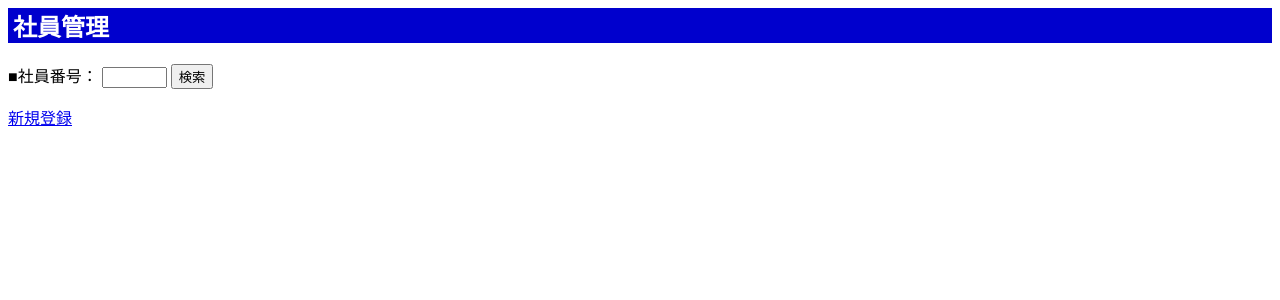
Repository: eb-communicationservice/php_study
Page: http://localhost/views/scripts/members/index.php
The author's editor kept a copy of each file at every save. The page is drawn from the files as they stood at one save, then again after the next save.
The browser window is 1280 px wide. The pictures show the whole page.
The page is run by PHP 8.4 with error messages shown; the project is at /var/www/html/.

Above is the page before, as saved 2015-12-06 12:19:15.

After the next save:
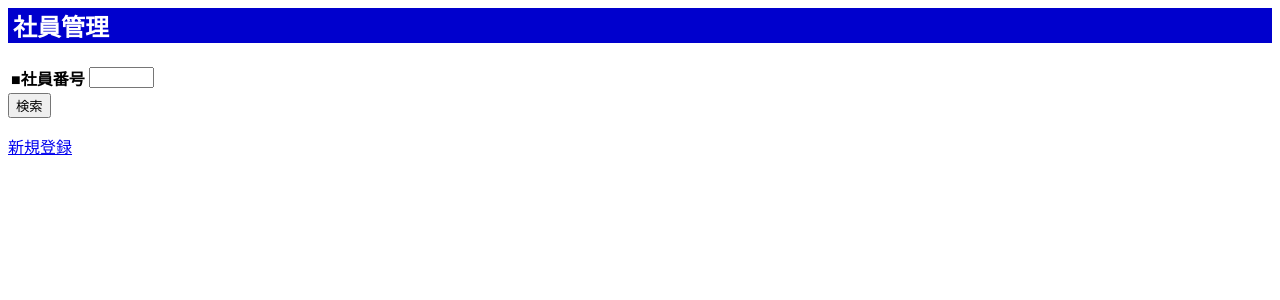
Saved 6 min 34 s later.
--- a/kadai01/views/scripts/members/index.php
+++ b/kadai01/views/scripts/members/index.php
@@ -7,8 +7,12 @@
 		<h2>社員管理</h2>
 	</div>
 	<form action="indexController.php" method="post">
-		<label for="memberId">■社員番号：</label>
-		<input id="memberId" type="text" name="memberId" size="5" maxlength="6" value="" />
+		<table id="memberInfo">
+			<tr>
+				<th>■社員番号</th>
+				<td><input id="memberId" type="text" name="memberId" size="5" maxlength="6" value="" /></td>
+			</tr>
+		</table>
 		<input type="submit" value="検索" />
 	</form>
 	<a href="registMember.php">新規登録</a>
